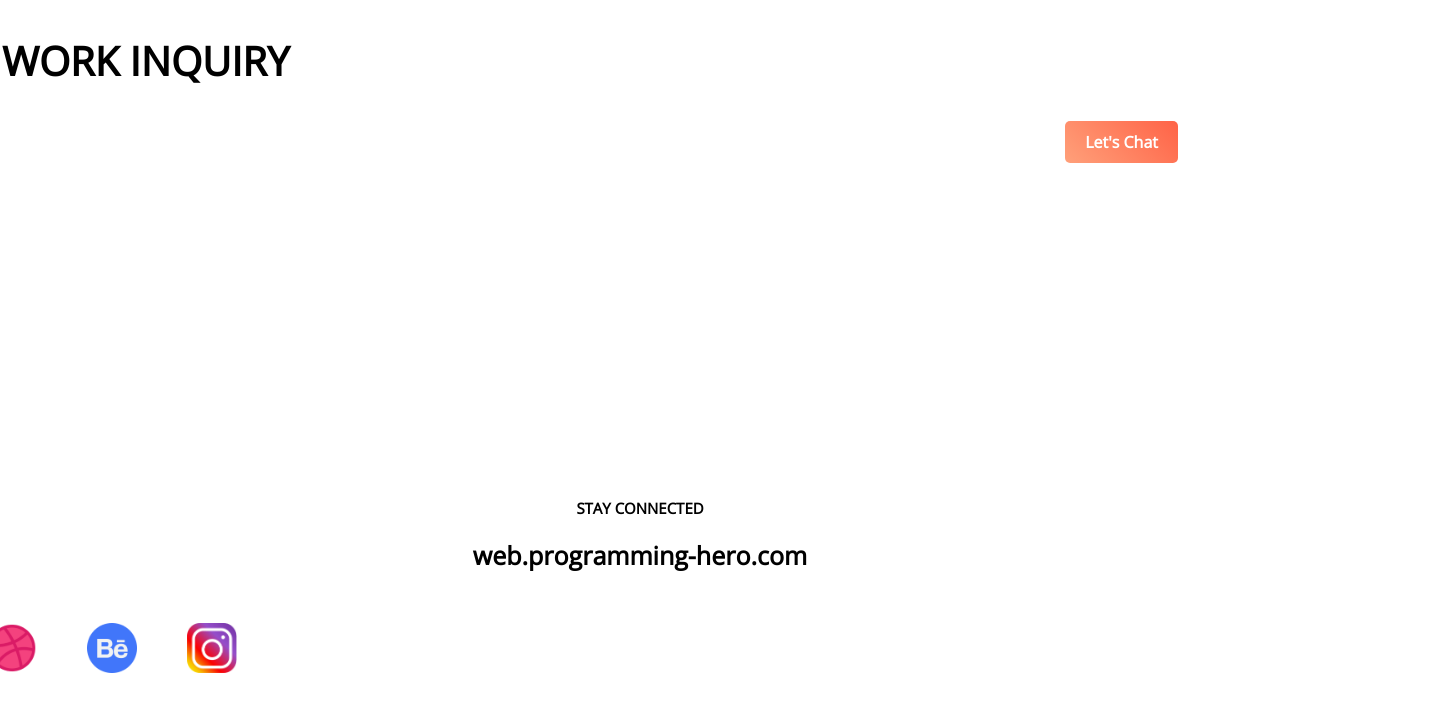
Repository: sabbircse3/personal-website
Page: index.html
An editor plug-in stored every save of this project. The page is shown before and after a run of saves, followed by the edit.
The browser window is 1280 px wide. The page is 1442 px wide, so the pictures cover 1442 px, including what lies to the right of the window. The pictures show the part of the page from y = 2386 to 3094 px (the page is 3094 px tall before and 3079 px after).

Above is the page before, as saved 2021-01-06 03:45:39.

### index.html
<!DOCTYPE html>
<html lang="en">
<head>
    <title>personal-website</title>
    <link rel="preconnect" href="https://fonts.gstatic.com">
    <link href="https://fonts.googleapis.com/css2?family=Open+Sans&display=swap" rel="stylesheet">
    <link rel="stylesheet" href="style.css">
</head>
<body>

        <div class="menu-1">
            <ul id="menu">
                <li><a href="#">Contact</a></li>
                <li><a href="#">Protfolio</a></li>
                <li><a href="#">Work</a></li>
                <li><a href="#">About</a></li>
            </ul>
        </div>


    <section class="top-banner ">
        <div class="half-width">
            <h1>HELLO, I'M <br> <span class="name-highlight">SABBIR HASAN</span></h1>
            <p>A full stack allaround designer that placerat in massa consectetur</p>
            <a class="link-button" target="_blank" href="https://www.linkedin.com/company/programminghero/">HIRE ME</a>
        </div>

        <div class="half-width">
            <img src="images/sabbir1.png" alt="">
        </div>
    </section>

    <section class="about ">
        <div class="half-width">
            <img src="images/sabbir1.png" alt="">
        </div>

        <div class="half-width">
            <h2> ABOUT</h2>
            <p>Lorem Ipsum is simply dummy text of the printing and typesetting industry. Lorem Ipsum has been the industry's standard dummy text ever since the 1500s, when an unknown printer took a galley of type and scrambled it to make a type specimen book.</p>
            <a class="link-button" target="_blank" href="https://www.linkedin.com/company/programminghero/">Download CV</a>
        </div>

    </section>

    <section class="experience-area">
        <h2 id="head-center"><span class="name-highlight">LASTET</span> WORKING PROJECT</h2>
        <div id="first-project" class="half-width single-experience">
            <img  src="images/image 4.png" alt="" class="center">
            <h3>Power-x-gym (gym website)</h3>
            <p>Lorem Ipsum is simply dummy text of the printing and typesetting industry.</p>

        </div>

        <div id="next-project" class="half-width single-experience">
            <img src="images/image 5.png" alt="" class="center">
            <h3>Creative Agency</h3>
            <p>Lorem Ipsum is simply dummy text of the printing and typesetting industry.</p>

        </div>

        <div id="next-project" class="half-width single-experience">
            <img src="images/image 8.png" alt="" class="center">
            <h3>Hard Rock Music</h3>
            <p>Lorem Ipsum is simply dummy text of the printing and typesetting industry.</p>

        </div>

    </section>



    <section class="education">
        <h1> <span class="name-highlight">EDU</span>CATION</h1>
        <div id="bachelor" class="half-width single-experience">
            <h3>Bachelor of Science in Computer Science</h3>
            <h3 class="blue-highlight">Khwaja Yunus Ali University</h3>
            <h3 class="orange-highlight">2016-2020</h3>
            <p>It is a reputaed private university in this country Bangladesh.</p>
        </div>

        <div id="others" class="half-width single-experience">
            <h3>Higher School Certificate</h3>
            <h3 class="blue-highlight">Bhagopara Shahid Dhanesh Uddin School and Collage</h3>
            <h4 class="orange-highlight">2014-2016</h4>
            <p>It is one of the best collage in our north said of country</p>
        </div>

		<div id="others" class="half-width single-experience">
            <h3>Secoundary School Certificate</h3>
            <h3 class="blue-highlight">Rajapur High School</h3>
            <h4 class="orange-highlight">2009-2014</h4>
            <p>This school is one of the best school in my native area where i was bron.</p>
        </div>

    </section>


    <section>
        <div class="lowest-banner">
            <h2>WORK INQUIRY </h2>
        </div>

        <div>
            <a class="chat-button" target="_blank" href="https://www.linkedin.com/company/programminghero/">Let's Chat</a>
        </div>

    </section>


    <footer>
        <h3>STAY CONNECTED</h3>
        <h2>web.programming-hero.com</h2>

        <div class="chat chat-experience">
            <img  src="images/image 6.png" alt="" class="center">
        </div>

        <div  class="chat chat-experience">
            <img src="images/Group 33059.png" alt="" class="center">
        </div>

        <div  class="chat chat-experience">
            <img src="images/image 7.png" alt="" class="center">
        </div>
    </footer>




</body>
</html>

### style.css
body{
    font-family: 'Open Sans', sans-serif;
    margin: 2px;
    font-style: normal;
}
.menu-1{
	height: 90px;
}
#menu{
	list-style-type:none;
	width:900px;
	margin:10px auto;
}
#menu li{
	float:right;
}
#menu li a{
	color:black;
	text-decoration:none;
	padding:5px 10px;
}

h1{
    font-size: 50px;
}
h2{
    font-size: 40px;
}

.name-highlight{
    color: #FF8367;
}
.top-banner{

}
.half-width{
    width: 35%;
    float: left;
    margin-left: 5%;
    padding-left: 2%;
}
.half-width img{
    width: 100%;
}
section{
    height: 450px;
}
.link-button{
    text-decoration: none;
    background-image: linear-gradient(45deg, lightSalmon, tomato);
    padding: 10px 20px;
    border-radius: 5px;
    color: white;
    font-weight: 700;
}
#head-center{
    text-align: center;
    margin: 80px;
    padding: 50px;
}
.experience-area{
    background-color: #E5E5E5;
    background-position: left;
    width: 1440px;
    height: 814px;
}
.center {
    display: block;
    margin-left:-15px;
    margin-top: 15px;
    width: 50%;
  }
.orange-highlight{
    color: orange;
}
.single-experience{
    box-shadow: 0px 4px 4px rgba(0, 0, 0, 0.25);
    border-radius: 10px;
	height: 45%;
	width: 23%;
}
#first-project{
    background-color: white;
}
#next-project{
	background-color: white;
}

.education{
    background-image: url("images/exp-bg.png");
    background-repeat: no-repeat;
    background-position: left;
}
#bachelor{
    border-left: 7px solid;
    border-image: linear-gradient(180deg, lightSalmon, tomato);
    border-image-slice: 1;
    background-color: white;
    height: 55%;
	width: 25%;
}
#others{
    border-left: 7px solid;
    border-image: linear-gradient(180deg, blue, cyan);
    border-image-slice: 1;
    height: 55%;
	width: 25%;
}
.blue-highlight{
    color:rgba(0, 0, 139, 0.705);
}
.lowest-banner{


}
.chat-button{
    text-decoration: none;
    background-image: linear-gradient(45deg, lightSalmon, tomato);
    padding: 10px 20px;
    margin-right: 100px;
    border-radius: 5px;
    color: white;
    font-weight: 700;
    float: right;
}

footer h2{
    text-align: center;
    font-size: 25px;
}
footer h3{
    text-align: center;
    font-size: 15px;
}
.cha{
    float: right;
}
.chat-experience{
	height: 100px;
    width: 100px;
    display: block;
    margin-top: 15px;
    float:left;
}

After the next 2 saves:
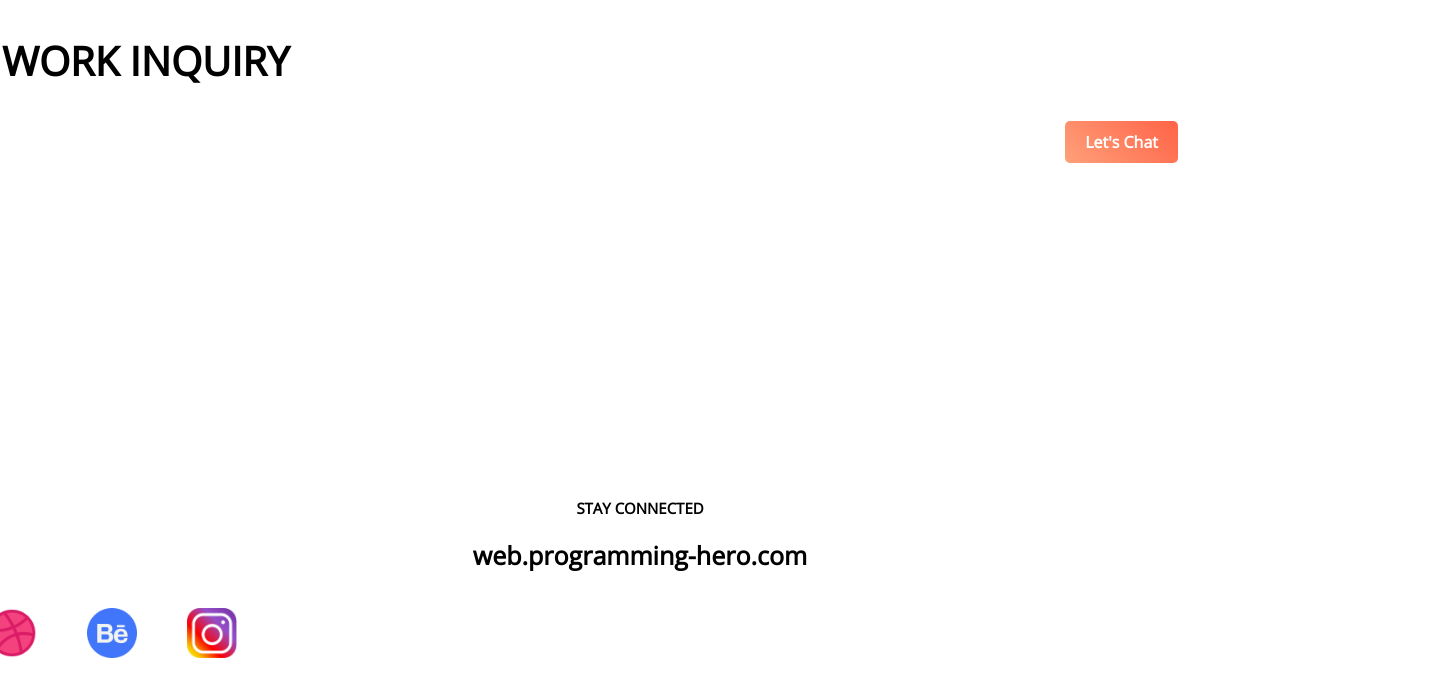
The 2 saves are shown as one change because they came seconds apart.
The last was saved 8 s later.
--- a/style.css
+++ b/style.css
@@ -139,6 +139,5 @@ footer h3{
 	height: 100px;
     width: 100px;
     display: block;
-    margin-top: 15px;
     float:left;
 }
